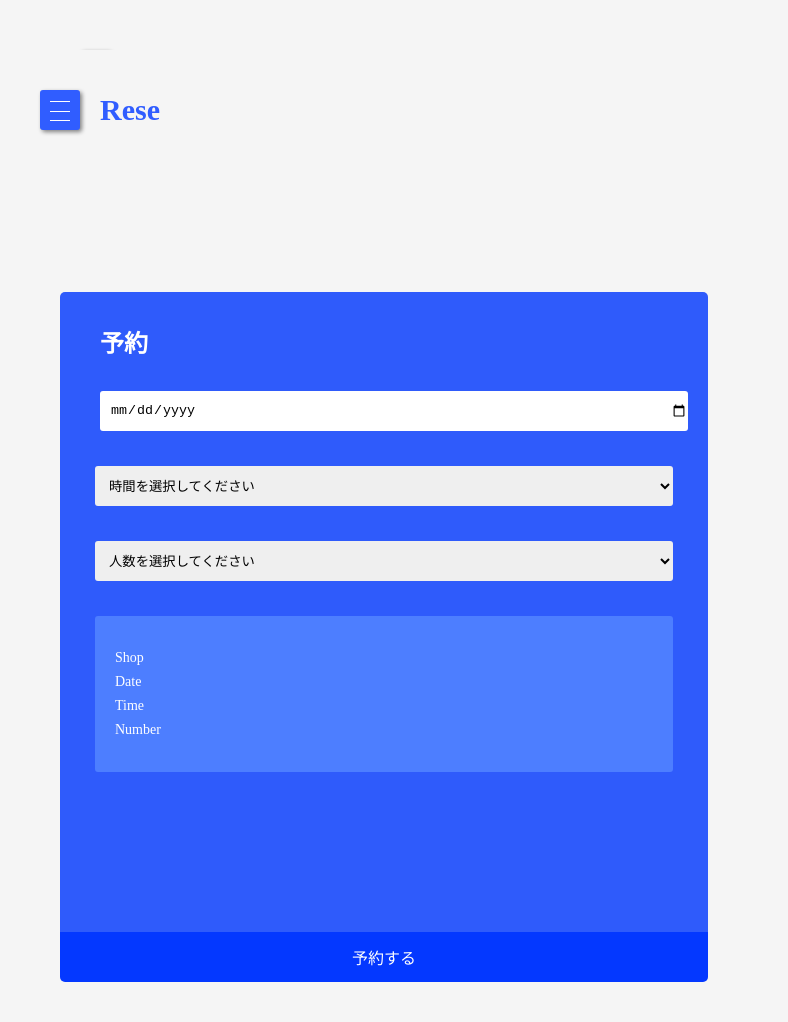
Repository: Haruka-Wada/Rese
Page: src/resources/views/shop_detail.blade.php
The author's editor kept a copy of each file at every save. The page is drawn from the files as they stood at one save, then again after a run of saves.
The browser window is 768 px wide. The page is 788 px wide, so the pictures cover 788 px, including what lies to the right of the window. The pictures show the whole page.
The page is served by the project's Laravel application, run on PHP 8.4 with Laravel 8. The template is opened directly, without the code that normally fills it, so the values that code supplies are empty.

Above is the page before, as saved 2024-11-19 15:24:50.

After the next 5 saves:
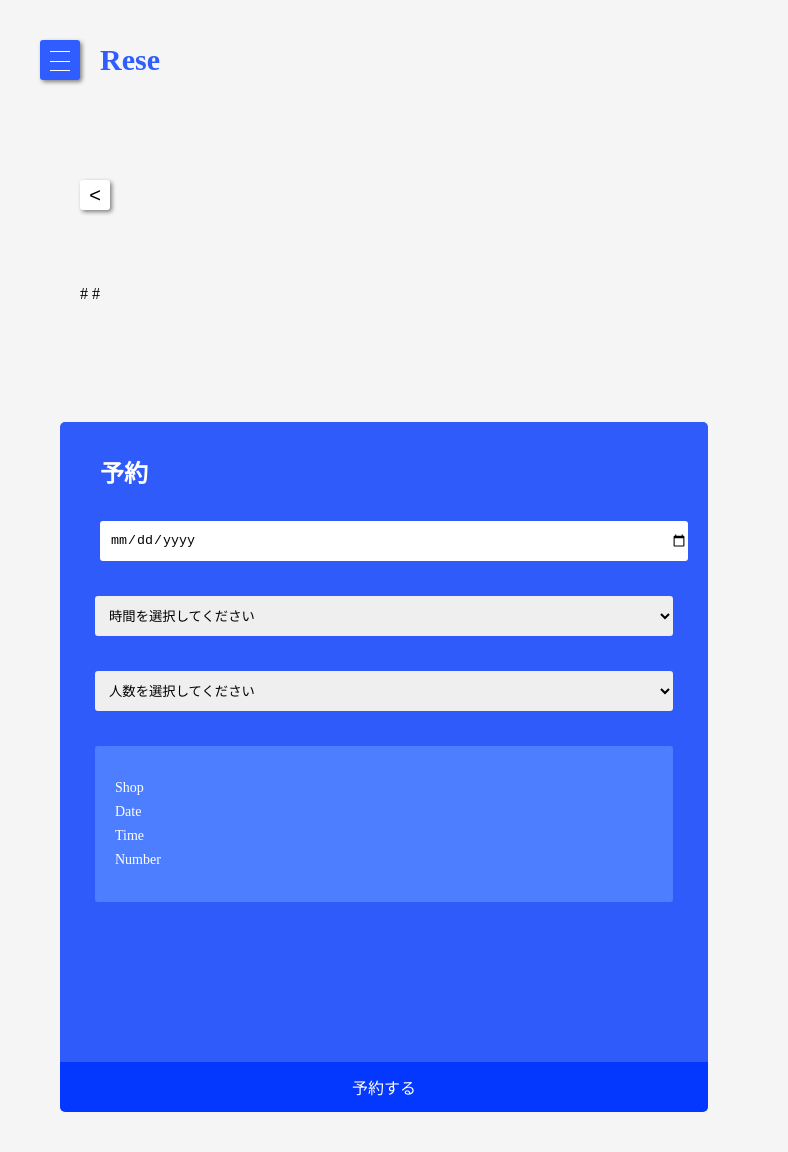
The 5 saves are shown as one change because they came seconds apart.
The last was saved 12 s later.
--- a/src/public/css/shop_detail.css
+++ b/src/public/css/shop_detail.css
@@ -142,6 +142,9 @@
 }
 
 @media screen and (max-width:768px) {
+    .main {
+        padding-top: 130px;
+    }
 
     .header__wrapper {
         width: 100%;
